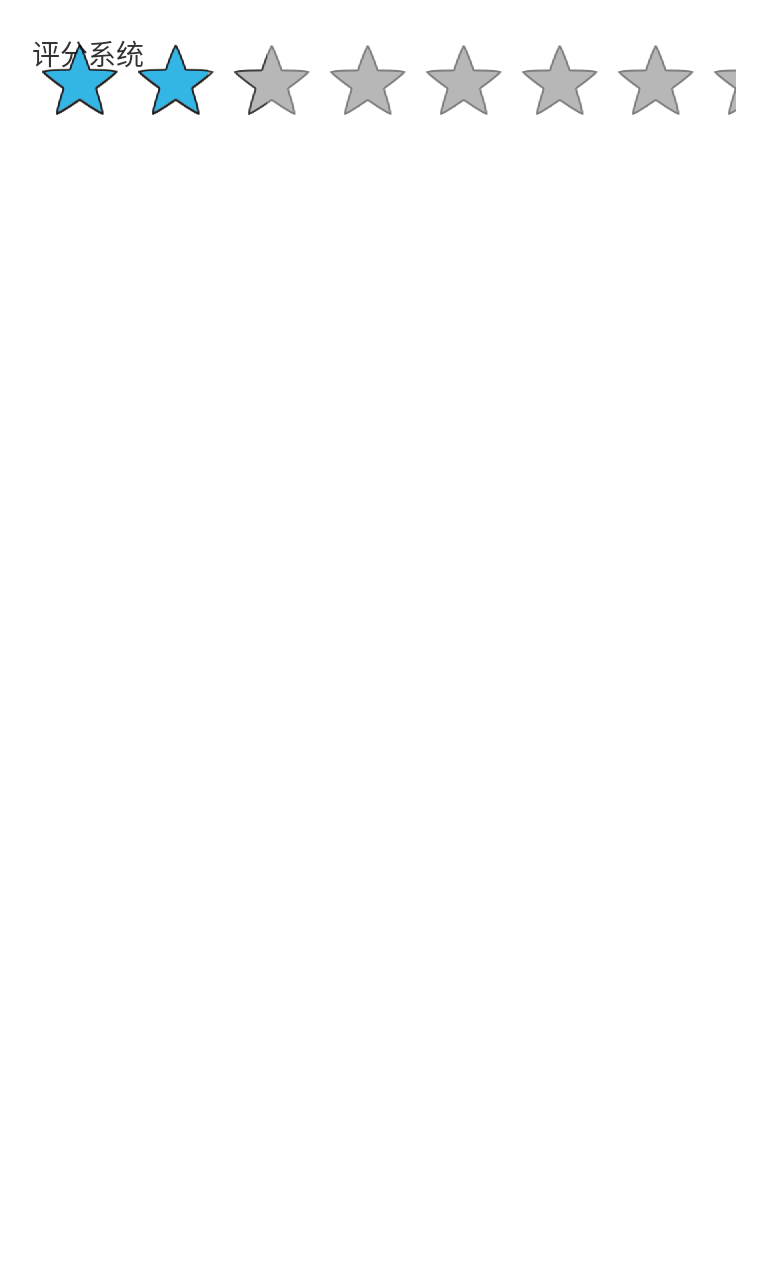
Repository: sonyi/androidClass
Layout: androidExercise/Android_019_RatingBar/res/layout/activity_main.xml
The author's editor kept a copy of each file at every save. The layout is drawn from the files as they stood at one save, then again after the next save.
It is drawn on a 768 x 1280 px phone screen (xhdpi) without system bars, with theme AppTheme; the app's code is not run.

Above is the layout before, as saved 2014-05-30 05:04:22.

After the next save:
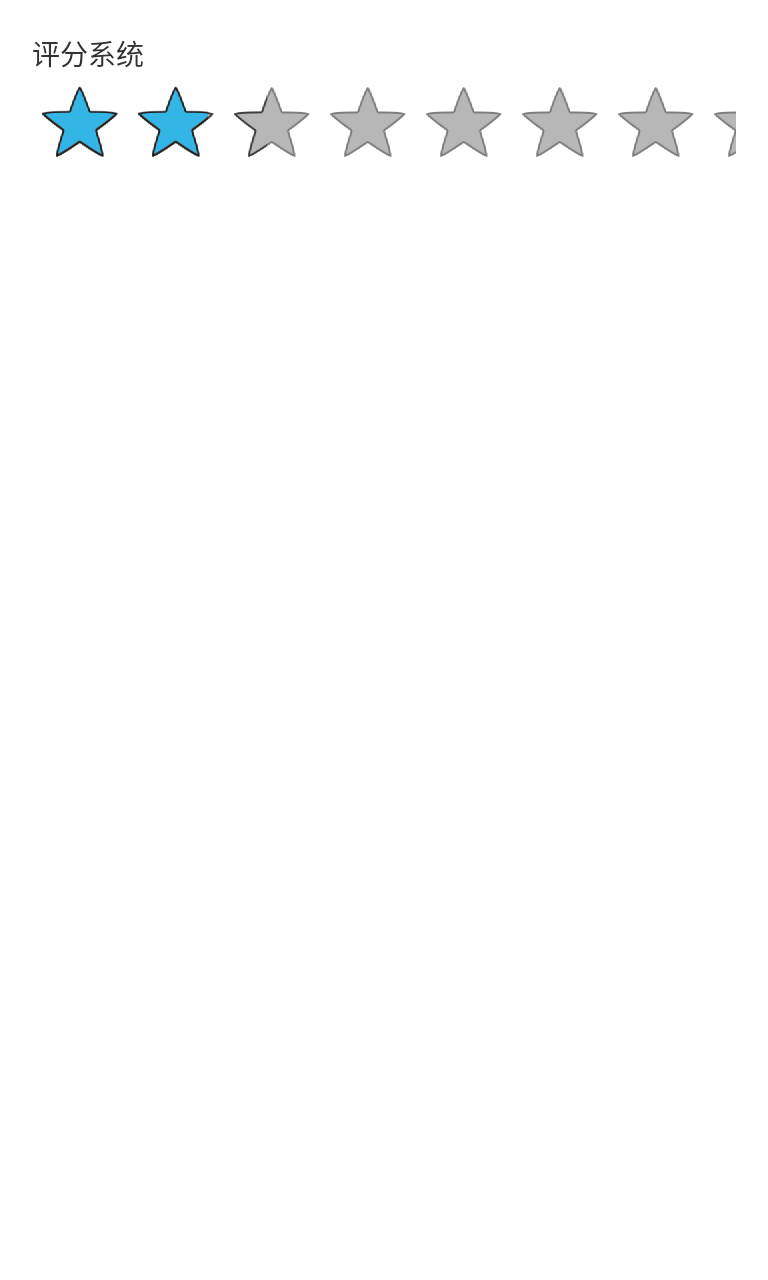
Saved 14 s later.
--- a/androidExercise/Android_019_RatingBar/res/layout/activity_main.xml
+++ b/androidExercise/Android_019_RatingBar/res/layout/activity_main.xml
@@ -18,6 +18,7 @@
         android:id="@+id/rb_rating"
         android:layout_width="match_parent"
         android:layout_height="wrap_content"
+        android:layout_below="@id/tv_rating"
         android:numStars="6"
         android:rating="1.5" />
 
